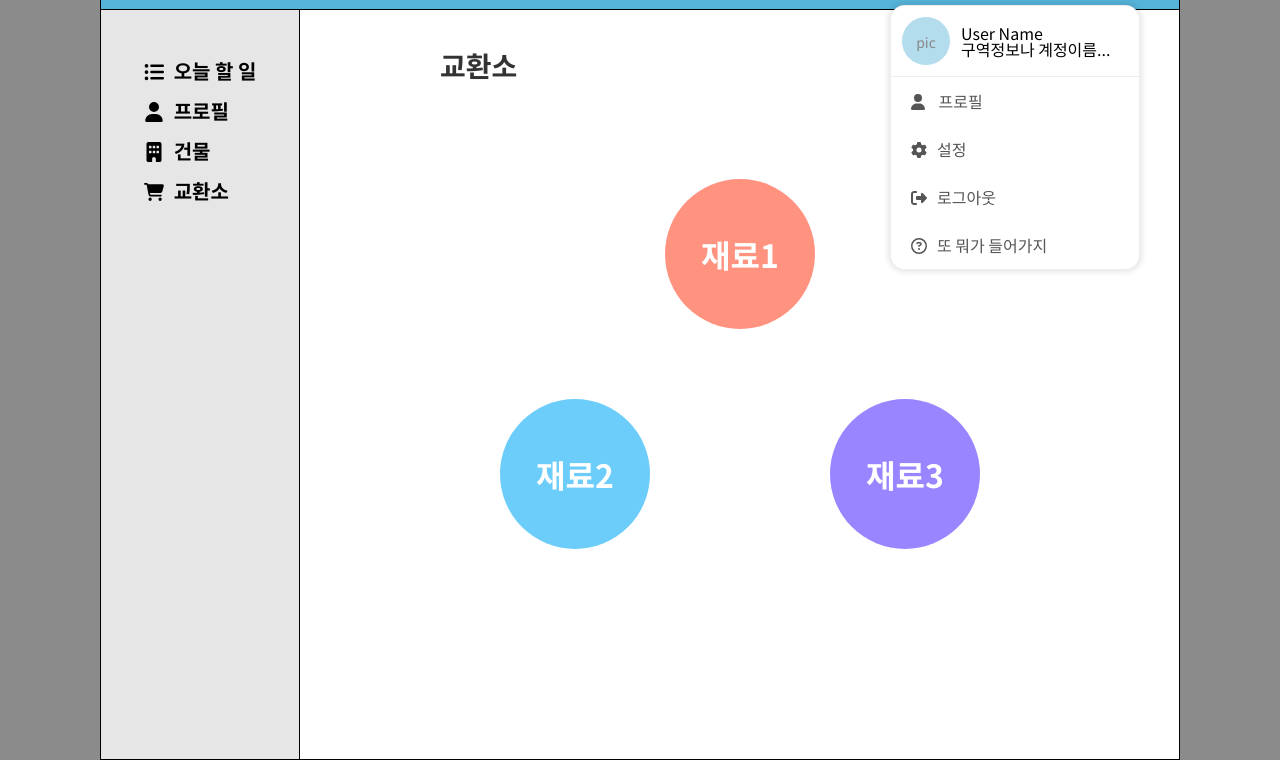
Repository: sunoo-lee/toVillage-old
Page: /#/trade
These files come from the project's save history. The page is drawn as it stood at one moment and after the next save; the edit follows.
The browser window is 1280 px wide. The pictures show the whole page.
The project was rebuilt for these pictures with package versions that can differ from the ones it lists, and the page was loaded fresh each time. Also part of the build but not shown: src/routes/Auth.js, src/components/Todo.js, src/components/AddForm.js, src/components/Main.js, src/routes/Home.js, src/components/MyProfile.js, src/routes/Profile.js, src/components/Area.module.css and 2 more.

Above is the page before, as saved 2022-10-13 02:14:51.

### src/components/App.js
import React, { useState } from "react";
import AppRouter from "./Router";

function App() {
  const [isLoggedIn, setIsLoggedIn] = useState(true);
  const onClick = () => {
    setIsLoggedIn(!isLoggedIn);
  };
  return (
    <>
      <AppRouter onClick={onClick} isLoggedIn={isLoggedIn} />
    </>
  );
}

export default App;

### src/style.css
@import url("https://fonts.googleapis.com/css2?family=Noto+Sans+KR:wght@400;500;700&display=swap");

* {
  box-sizing: border-box;
}

html,
body {
  padding: 0;
  margin: 0;
  font-family: "Noto Sans KR", -apple-system, BlinkMacSystemFont, Segoe UI,
    Roboto, Oxygen, Ubuntu, Cantarell, Fira Sans, Droid Sans, Helvetica Neue,
    sans-serif;
}

body {
  display: flex;
  justify-content: center;
  align-items: center;
  height: 800px;
  width: 1080px;
  margin: auto;
  height: 100vh;
  background-color: #9dbac7;
  background-color: #8b8b8b;
}

.container {
  border: 1px solid black;
  background-color: aliceblue;
  background-color: #ffffff;
  min-width: 600px;
  width: 1080px;
  height: 800px;
  padding-left: 200px;
  padding-top: 50px;
  display: flex;
  justify-content: center;
}

### src/components/Router.js
import { HashRouter as Router, Routes, Route } from "react-router-dom";
import Auth from "../routes/Auth";
import Home from "../routes/Home";
import Profile from "../routes/Profile";
import Building from "../routes/Building";
import Trade from "../routes/Trade";
import Header from "./Header";
import Navigation from "./Navigation";

const AppRouter = ({ onClick, isLoggedIn }) => {
  return (
    <Router>
      {isLoggedIn}
      <Header />
      <Navigation onClick={onClick} />
      <Routes>
        {isLoggedIn ? (
          <>
            <Route
              exact
              path="/"
              element={<Home onClick={onClick} isLoggedIn={isLoggedIn} />}
            />
            <Route path="/profile" element={<Profile />} />
            <Route path="/building" element={<Building />} />
            <Route path="/trade" element={<Trade />} />
          </>
        ) : (
          <>
            <Route exact path="/" element={<Auth />} />
          </>
        )}
      </Routes>
    </Router>
  );
};

export default AppRouter;

### src/routes/Trade.js
import React from "react";
import TradingShop from "../components/TradingShop";

const Trade = () => {
  return (
    <>
      <div className={"container"}>
        <TradingShop />
      </div>
    </>
  );
};

export default Trade;

### src/components/Header.js
import { React } from "react";
import styles from "./Header.module.css";
import { FontAwesomeIcon } from "@fortawesome/react-fontawesome";
import { faBars, faUser } from "@fortawesome/free-solid-svg-icons";
import Dropdown from "./Dropdown";
// import MiniProfile from "./MiniProfile";

const Header = () => (
  <header id={styles.header}>
    <div className={styles.container}>
      <div className={styles.header_left}>
        <button className={styles.toggle_btn}>
          <FontAwesomeIcon icon={faBars} />
        </button>
      </div>
      <div className={styles.header_center}>
        {/* {new Date().getFullYear()}/{new Date().getMonth() + 1}/
      {new Date().getDate()} */}
      </div>
      <div className={styles.header_right}>
        <button>
          <FontAwesomeIcon icon={faUser} />
        </button>
        <Dropdown />
      </div>
    </div>
  </header>
);

export default Header;

### src/components/Navigation.js
import { React } from "react";
import { Link } from "react-router-dom";
// import MiniProfile from "./MiniProfile";
import styles from "./Navigation.module.css";
import { FontAwesomeIcon } from "@fortawesome/react-fontawesome";
import {
  faUser,
  faBuilding,
  faCartShopping,
  faListUl,
} from "@fortawesome/free-solid-svg-icons";

const Navigation = () => (
  <nav id={styles.nav}>
    {/* <MiniProfile /> */}
    <div className={styles.container}>
      <ul>
        <li>
          <Link to="/">
            <FontAwesomeIcon icon={faListUl} />
            <span>오늘 할 일</span>
          </Link>
        </li>
        <li>
          <Link to="/profile">
            <FontAwesomeIcon icon={faUser} />
            <span>프로필</span>
          </Link>
        </li>
        <li>
          <Link to="/building">
            <FontAwesomeIcon icon={faBuilding} />
            <span>건물</span>
          </Link>
        </li>
        <li>
          <Link to="/trade">
            <FontAwesomeIcon icon={faCartShopping} />
            <span>교환소</span>
          </Link>
        </li>
      </ul>
      {/* <button onClick={onClick}>SIGN OUT</button> */}
    </div>
  </nav>
);

export default Navigation;

### src/components/TradingShop.js
import React from "react";
import styles from "./TradingShop.module.css";
const TradingShop = () => {
  return (
    <div className={styles.container}>
      <h1>
        <span className={styles.title}>교환소</span>
      </h1>
      <div className={styles.table}>
        <ul>
          <li>
            <div className={`${styles.materials} ${styles.material_1}`}>
              재료1
            </div>
          </li>
          <li>
            <div className={`${styles.materials} ${styles.material_2}`}>
              재료2
            </div>
          </li>
          <li>
            <div className={`${styles.materials} ${styles.material_3}`}>
              재료3
            </div>
          </li>
        </ul>
      </div>
    </div>
  );
};

export default TradingShop;

### src/components/Header.module.css
:root {
  --theme_color: #55b3d9;
}

#header {
  position: absolute;
  width: 1080px;
  z-index: 100;
}

.container {
  background-color: #bce5f5;
  background-color: var(--theme_color);
  width: 100%;
  height: 50px;
  display: flex;
  justify-content: space-between;
  align-items: center;
  padding: 0 40px;
  border: 1px solid black;
}
.header_left .toggle_btn {
  width: 30px;
  height: 30px;
  border: none;
  outline: none;
  border-radius: 50%;
  background-color: whitesmoke;
  background-color: transparent;
  color: #ffffff;
  cursor: pointer;
  font-size: 1.3rem;
}
.header_center {
  font-weight: 700;
  font-size: 1.4em;
}

.header_right button {
  width: 30px;
  height: 30px;
  border: none;
  outline: none;
  border-radius: 50%;
  background-color: whitesmoke;
  cursor: pointer;
  text-align: center;
  color: var(--theme_color);
}

### src/components/Dropdown.js
import React from "react";
import styles from "./MyProfile.module.css";
import { FontAwesomeIcon } from "@fortawesome/react-fontawesome";
import {
  faUser,
  faGear,
  faRightFromBracket,
} from "@fortawesome/free-solid-svg-icons";
import { faCircleQuestion } from "@fortawesome/free-regular-svg-icons";

const Dropdown = () => (
  <div className={styles.card}>
    <div className={styles.userBx}>
      <div className={styles.imgbx}>pic</div>
      <div className={styles.userinfo}>
        <p>User Name</p>
        <p>구역정보나 계정이름...</p>
      </div>
    </div>
    <ul className={styles.menu}>
      <li>
        <FontAwesomeIcon icon={faUser} /> <span>프로필</span>
      </li>
      <li>
        <FontAwesomeIcon icon={faGear} />
        <span>설정</span>
      </li>
      <li>
        <FontAwesomeIcon icon={faRightFromBracket} />
        <span>로그아웃</span>
      </li>
      <li>
        <FontAwesomeIcon icon={faCircleQuestion} />
        <span>또 뭐가 들어가지</span>
      </li>
    </ul>
  </div>
);

export default Dropdown;

### src/components/Navigation.module.css
#nav {
  width: 200px;
  height: 800px;
  position: absolute;
  z-index: 50;
  padding-top: 50px;
  background-color: #b6ee91;
  background-color: #e6e6e6;
  border: 1px solid black;
  display: flex;
  align-items: center;
  flex-direction: column;
  padding: 60px 10px 10px;
}

.container {
  position: relative;
  margin-top: 10px;
  width: 100%;
  height: 420px;
  /* background-color: #ffffff; */
  /* box-shadow: 0 35px 80px #00000015; */
  border-radius: 20px;
  padding: 20px;
  display: flex;
  flex-direction: column;
  align-items: center;
}
.container ul {
  text-align: left;
}
.container ul li a {
  font-size: 20px;
  color: #696969;
  color: #000000;
  font-weight: 700;
  line-height: 40px;
  text-decoration: none;
}
.container ul li a svg {
  width: 20px;
  margin-right: 10px;
}

.container button {
  position: absolute;
  bottom: 20px;
  padding: 7px 10px;
  border-radius: 5px;
  border: none;
  outline: none;
  font-size: 1em;
  font-weight: 700;
  background-color: #58a8eb;
  color: #ffffff;
  cursor: pointer;
}

### src/components/Main.module.css
:root {
  --theme_color: #55b3d9;
}

.container {
  margin-top: 40px;
  width: 600px;
}

.container h1 {
  margin-bottom: 20px;
}

.title {
  font-size: 28px;
  font-weight: 700;
  color: #333333;
}

.list {
  width: 600px;
  /* margin: 20px 0; */
}

.list .item {
  background-color: #ffffff;
  padding: 5px 0;
  line-height: 28px;
  display: flex;
  align-items: center;
  justify-content: space-between;
  border-bottom: 1px solid #c7c7c7;
}

.list .item:first-child {
  border-top: 1px solid #c7c7c7;
}

.list .item input[type="checkbox"] {
  width: 20px;
  height: 20px;
  border-radius: 50px;
  border: 1px solid #999999;
  appearance: none;
  margin-right: 10px;
}

.list .item input[type="checkbox"]:checked {
  background: var(--theme_color);
  border: none;
}
.list .item div {
  margin: auto 0;
  display: flex;
}
.list .item div button {
  border-radius: 50%;
  border: none;
  margin: auto 3px;
  height: 24px;
  width: 24px;
  box-shadow: 0 0 3px 0 #00000088;
  background-color: #ffffff;
  color: #333333;
}

.add_form {
  position: relative;
}

.add_form .list_input {
  margin: 5px 0;
  width: 600px;
  font-size: 16px;
  padding: 7px 15px;
  border: 1px solid #c7c7c7;
  border-radius: 5px;
}

.add_form .list_input:focus {
  outline: none;
  border: 1px solid var(--theme_color);
}

.add_form .add_btn {
  display: block;
  position: absolute;
  right: 0;
  font-size: 14px;
  background-color: var(--theme_color);
  border: 1px solid var(--theme_color);
  /* border: none; */
  border-radius: 5px;
  padding: 5px 10px;
  color: #ffffff;
  font-weight: 700;
  cursor: pointer;
}

### src/components/MyProfile.module.css
:root {
  --border_option: 1px solid #666666;
  /* --border_option: none; */
  --shadow_option: 0 0 5px 1px #00000088;
  --theme_color: #55b3d9;
}
.container {
  display: flex;
  flex-direction: column;
  justify-content: flex-start;
  align-items: center;
  padding: 60px;
}

.pic {
  width: 200px;
  height: 200px;
  background-color: #ffffff;
  border-radius: 50%;
  box-shadow: 0 15px 50px #00000041;
  line-height: 200px;
  text-align: center;
  font-size: 20px;
  color: #888888;
  font-weight: 700;
  margin-bottom: 30px;
}
.nickname {
  color: #666666;
  font-size: 36px;
  font-weight: 700;
  margin-bottom: 20px;
}
.area {
  font-size: 26px;
  font-weight: 700;
  color: #888888;
}
.materials {
  display: flex;
  margin: 40px 0;
}
.materials li {
  margin: 0 10px;
}
.materials div {
  width: 80px;
  height: 80px;
  background-color: #ffffff;
  border-radius: 50%;
  line-height: 80px;
  text-align: center;
  margin-bottom: 10px;
  color: #666666;
  border-radius: 50%;
  background-color: #55b4d975;
  font-size: 1.2em;
  color: #999999;
}
.materials span {
  display: block;
  width: 80px;
  text-align: center;
  font-size: 1.6em;
  color: #555555;
  line-height: 1.2em;
  font-weight: 600;
}
.box_btn {
  border-radius: 5px;
  padding: 16px 20px;
  border: none;
  outline: none;
  font-size: 1.4em;
  font-weight: 700;
  background-color: var(--theme_color);
  color: #ffffff;
  cursor: pointer;
}

/* ----------------------mini profile-------------------------- */

.card {
  position: absolute;
  width: 250px;
  height: 265px;
  background-color: #ffffff;
  border-radius: 15px;
  box-shadow: 0 0 5px 3px #00000015;
  border: 1px solid #00000011;
  overflow: hidden;
  right: 40px;
  top: 45px;
}
.userBx {
  position: relative;
  display: flex;
  align-items: center;
  padding: 10px;
}

.imgbx {
  border: 1px solid #ffffff;
  position: relative;
  width: 50px;
  height: 50px;
  background-color: #b3dcec;
  border-radius: 50%;
  font-size: 14px;
  text-align: center;
  color: #888888;
  line-height: 50px;
  margin-right: 10px;
}

.menu {
  position: absolute;
  width: 100%;
  height: auto;
  border-top: 1px solid #00000011;
}
.menu li {
  padding: 0 20px;
  color: #555555;
  cursor: pointer;
}
.menu li:hover {
  background-color: #c9dee6;
}
.menu li span {
  display: inline-block;
  margin: 16px 10px;
}

### src/components/TradingShop.module.css
.container {
  margin-top: 40px;
  width: 600px;
}

.container h1 {
  margin-bottom: 20px;
}

.container h1 .title {
  position: relative;
  font-size: 28px;
  font-weight: 700;
  color: #333333;
}

.container .table ul li {
  position: relative;
}

.container .table .materials {
  width: 150px;
  height: 150px;
  color: #333333;
  font-size: 32px;
  font-weight: 700;
  color: #ffffff;
  border: none;
  border-radius: 50%;
  text-align: center;
  line-height: 150px;
  position: absolute;
}

.container .table .material_1 {
  background-color: #ff9380;
  left: 50%;
  top: 80px;
  transform: translateX(-50%);
}
.container .table .material_2 {
  background-color: #6ccdfa;
  top: 300px;
  left: 10%;
}
.container .table .material_3 {
  background-color: #9885ff;
  top: 300px;
  right: 10%;
}

Loaded but not shown: public/index.html (common file); src/index.js (common file); src/reset.css (common file)

After the next save:
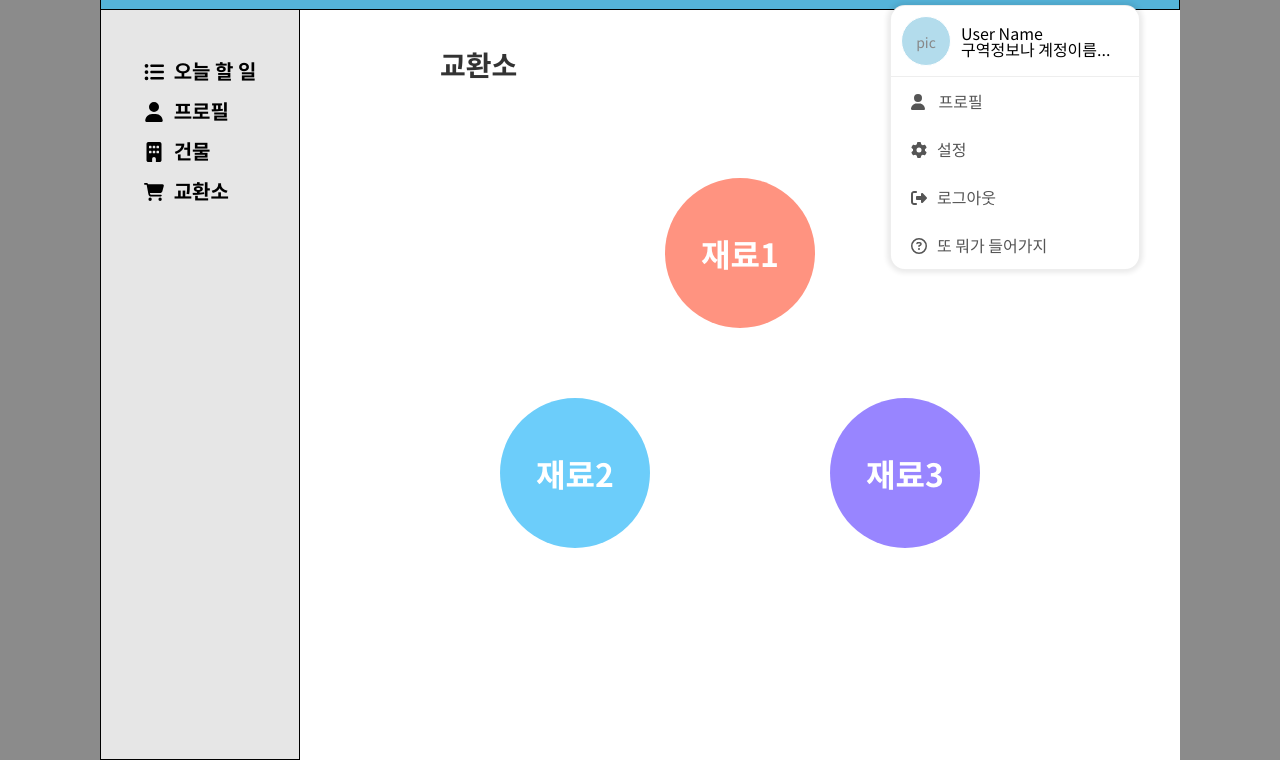
Saved 16 min 50 s later.
--- a/src/style.css
+++ b/src/style.css
@@ -26,7 +26,7 @@ body {
 }
 
 .container {
-  border: 1px solid black;
+  /* border: 1px solid black; */
   background-color: aliceblue;
   background-color: #ffffff;
   min-width: 600px;
